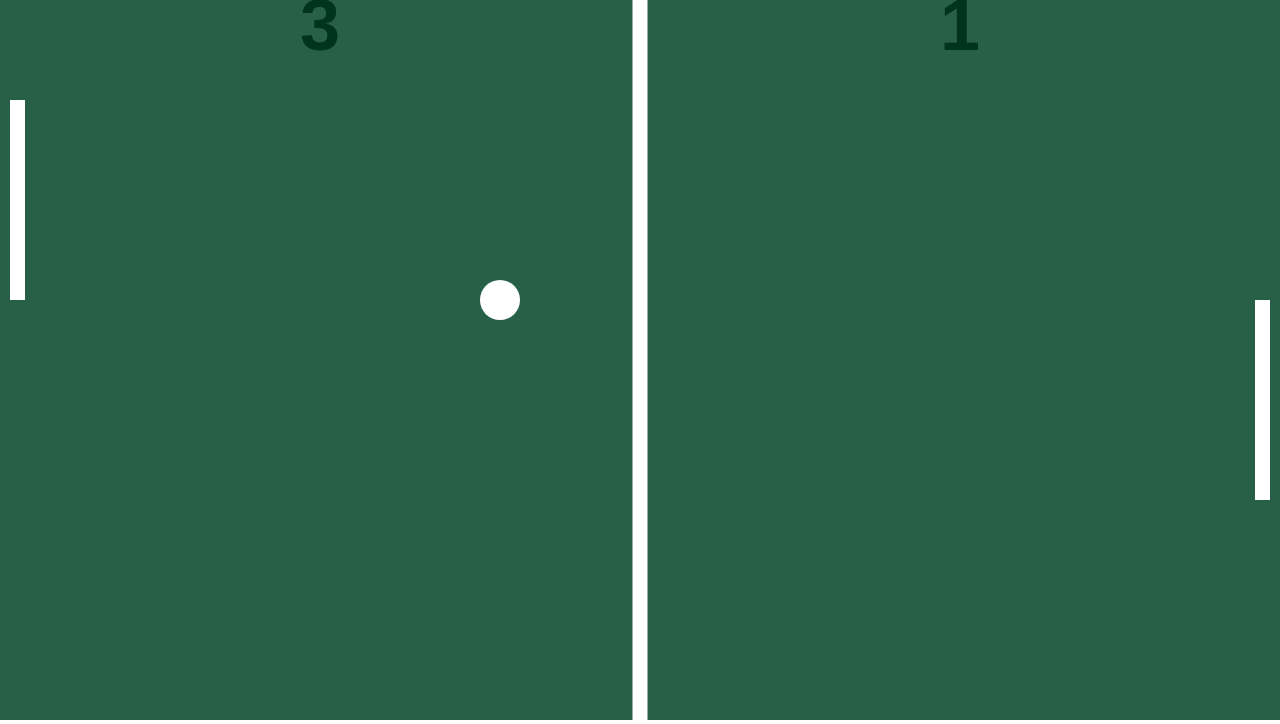
Repository: carlosrobertofigueiredo/Projeto-Ping-Pong
Page: index.html
The author's editor kept a copy of each file at every save. The page is drawn from the files as they stood at one save, then again after the next save.
The browser window is 1280 px wide. The pictures show the whole page.

Above is the page before, as saved 2023-05-01 13:37:03.

### index.html
<!DOCTYPE html>
<html lang="en">
  <head>
    <meta charset="UTF-8" />
    <meta http-equiv="X-UA-Compatible" content="IE=edge" />
    <meta name="viewport" content="width=device-width, initial-scale=1.0" />
    <title>Jogo Ping-Pong</title>
    <style>
      * {
        overflow: hidden;
        margin: 0;
        padding: 0;
      }
    </style>
  </head>
  <body>
    <canvas></canvas>
    <script>
      //Captura o elemento canvas do DOM
      const canvasEl = document.querySelector("canvas"),
        canvasCtx = canvasEl.getContext("2d")


      const field = {
        w: window.innerWidth,
        h: window.innerHeight,
        draw: function () {
          canvasCtx.fillStyle = "#286047" //fillStyle define o estilo para desenhar o objeto
          canvasCtx.fillRect(0, 0, window.innerWidth, window.innerHeight) //fillRect define as medidas do retângulo
        },
      }
      /*Função p/ definir altura e largura do campo*/
      function setup() {
        canvasEl.width = canvasCtx.width = window.innerWidth  //field.w
        canvasEl.height = canvasCtx.height = window.innerHeight  //field.h
      }

      /* Função de desenho dos elementos do campo*/
      function draw() {
        field.draw()

        const lineWidth = 15

        canvasCtx.fillStyle = "#ffffff"

        // desenha linha central
        canvasCtx.fillRect(
          window.innerWidth / 2 - lineWidth / 2,
          0,
          lineWidth,
          window.innerHeight
        )

       /* const x = window.innerHeight / 2 - lineWidth / 2 //largura do campo dividido por dois e a largura divida por dois, caso queira mudar a espessura da linha no futuro fica mais fácil para centralizar a linha
        const y = 0 // onde começa a linha
        const w = lineWidth  //largura é a própria linha
        const h = window.innerHeight

        canvasCtx.fillRect(x,y,w,h) */

        // desenha a raquete esquerda
        canvasCtx.fillRect(10, 100, lineWidth, 200)  //  10 = afastamento da raquete da borda), 100 = altura da raquete em relação ao topo,  lineWidth = largura da linha, 200 = altura da raquete

        // desenha a raquete direita
        canvasCtx.fillRect(
          window.innerWidth - lineWidth - 10, 300, lineWidth, 200) //window.innerWidth - lineWidth - 10 = larguradeTela - largura da linha - o afastamento da borda

        // desenha a bolinha
        canvasCtx.beginPath()  //o comando arc não tem um comando fillarc, por isso é necessário colocar o arc entre o beginPath() e o fill()
        canvasCtx.arc(500, 300, 20, 0, 2 * Math.PI, false)  //arc(x, y, r, 0, 0.0 * Math.PI, false) x,y = posição do arco(bolinha), r = tamanho da bolinha, 0 = inicio do arco, 2.0 * PI define o circulo
        canvasCtx.fill()

        // desenha o placar
        canvasCtx.font = "bold 72px Arial"
        canvasCtx.textAlign = "center"
        canvasCtx.textBaseline = "botton"
        canvasCtx.fillStyle = "#01341D"
        canvasCtx.fillText("3", window.innerWidth / 4, 50) //primeiro parâmetro é o texto do placar = 3, o segundo parâmento é o primeiro 1/4 do campo = window.innerWidth / 4, o terceiro parâmetro é o y que corresponde a altura do placar.
        canvasCtx.fillText("1", window.innerWidth / 4 + window.innerWidth / 2, 50)
      }

      setup()
      draw()
    </script>
  </body>
</html>

After the next save:
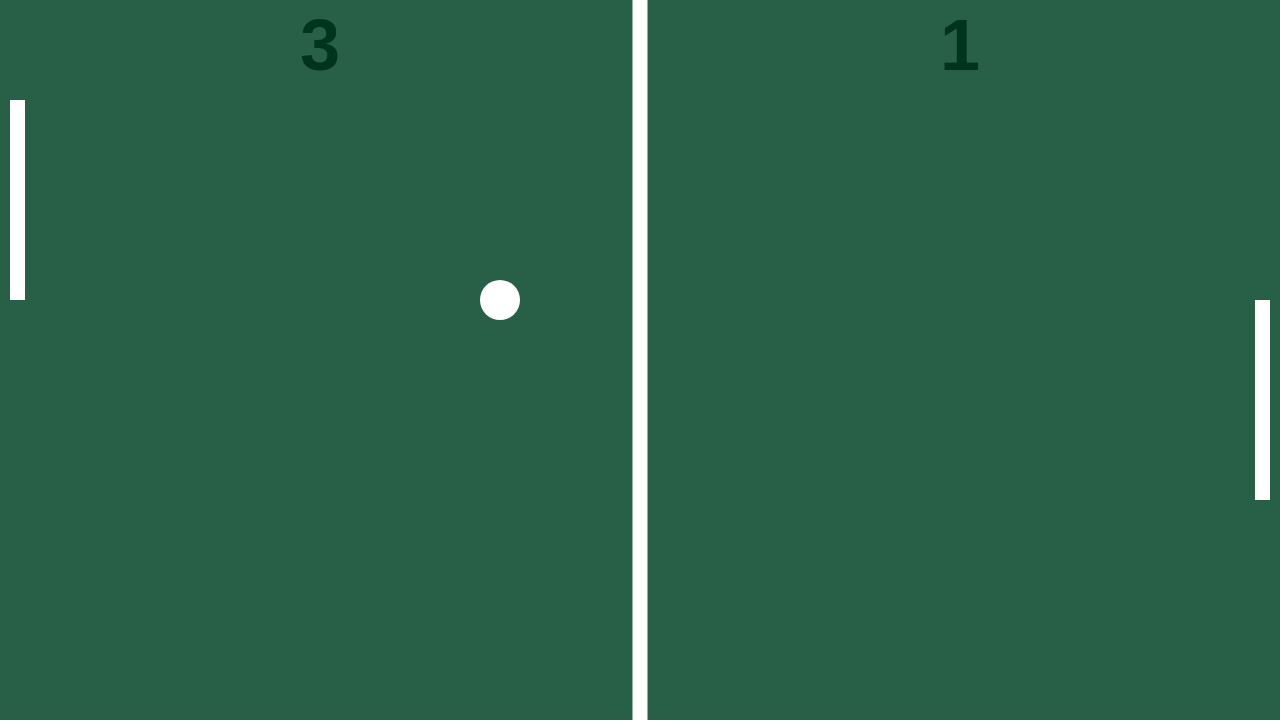
Saved 8 s later.
--- a/index.html
+++ b/index.html
@@ -73,7 +73,7 @@
         // desenha o placar
         canvasCtx.font = "bold 72px Arial"
         canvasCtx.textAlign = "center"
-        canvasCtx.textBaseline = "botton"
+        canvasCtx.textBaseline = "middle"
         canvasCtx.fillStyle = "#01341D"
         canvasCtx.fillText("3", window.innerWidth / 4, 50) //primeiro parâmetro é o texto do placar = 3, o segundo parâmento é o primeiro 1/4 do campo = window.innerWidth / 4, o terceiro parâmetro é o y que corresponde a altura do placar.
         canvasCtx.fillText("1", window.innerWidth / 4 + window.innerWidth / 2, 50)
